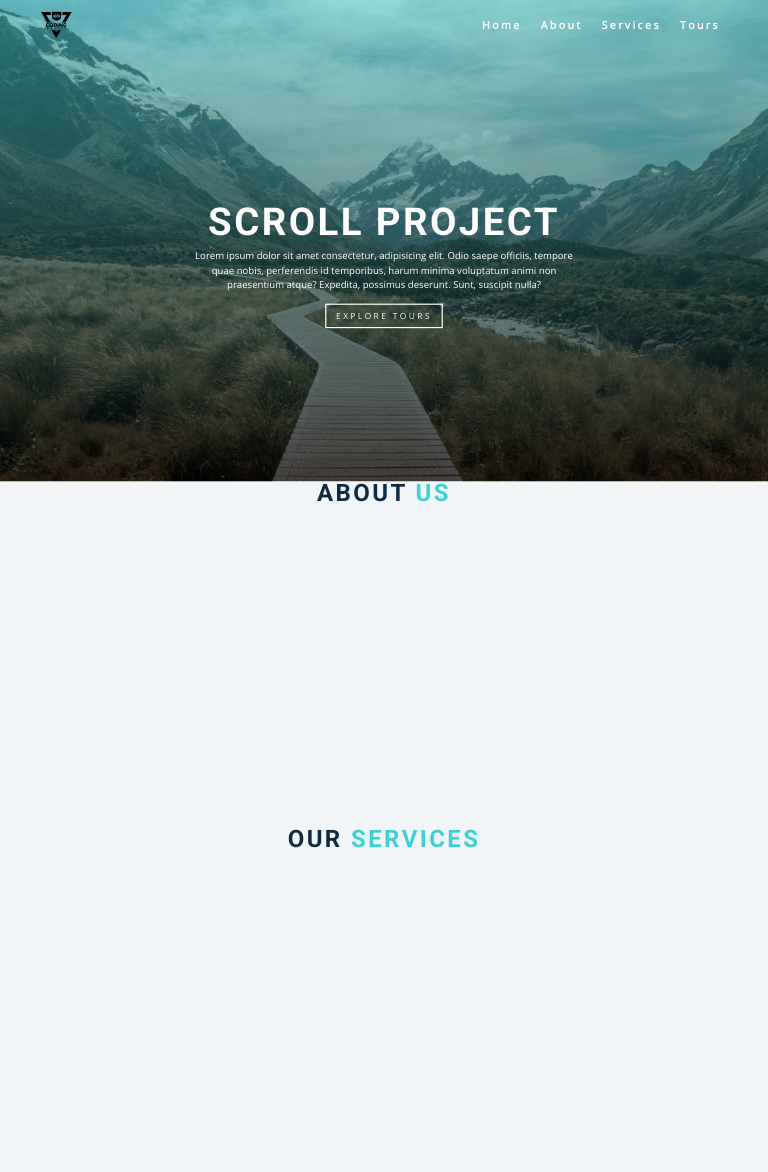
Repository: spidero7/Scroll
Page: index.html
These files come from the project's save history. The page is drawn as it stood at one moment and after a run of saves; the edit follows.
The browser window is 1280 px wide. The pictures show the whole page, at 60% of full size.
Some web libraries are served in a nearby version.

Above is the page before, as saved 2021-10-07 07:41:27.

### index.html
<!DOCTYPE html>
<html lang="en">
<head>
    <meta charset="UTF-8">
    <meta http-equiv="X-UA-Compatible" content="IE=edge">
    <meta name="viewport" content="width=device-width, initial-scale=1.0">
    <title>Scroll</title>
    <link rel="stylesheet" href="styles.css">
    <link rel="stylesheet" href="https://cdnjs.cloudflare.com/ajax/libs/font-awesome/5.14.0/css/all.min.css">
</head>
<body>
    <!-- header  -->
    <header id="home">
        <!-- navbar -->
        <nav id="nav">
            <div class="nav-center">
                <!-- nav header  -->
                <div class="nav-header">
                    <img src="./imgs/logo.svg" alt="logo" class="logo"/>
                    <button class="nav-toggle">
                        <i class="fas fa-bars"></i>
                    </button>
                </div>
                <!-- links -->
                <div class="links-container">
                    <ul class="links">
                        <li>
                          <a href="#home" class="scroll-link">home</a>
                        </li>
                        <li>
                          <a href="#about" class="scroll-link">about</a>
                        </li>
                        <li>
                          <a href="#services" class="scroll-link">services</a>
                        </li>
                        <li>
                          <a href="#tours" class="scroll-link">tours</a>
                        </li>
                      </ul>
                </div>
            </div>
        </nav>
        <!-- banner -->
        <div class="banner">
            <div class="container">
                <h1>scroll project</h1>
                <p>
                    Lorem ipsum dolor sit amet consectetur, adipisicing elit. Odio saepe officiis,
                    tempore quae nobis, perferendis id temporibus, harum minima voluptatum animi non
                    praesentium atque? Expedita, possimus deserunt. Sunt, suscipit nulla?
                </p>
                <a href="#tours" class="scroll-link btn btn-white">
                    explore tours
                </a>
            </div>
        </div>
    </header>
    <!-- about -->
    <section id="about" class="section">
        <div class="title">
            <h2>about <span>us</span></h2>
        </div>
    </section>
    <!-- services -->
    <section id="about" class="section">
        <div class="title">
            <h2>our <span>services</span></h2>
        </div>
    </section>
    <script src="app.js"></script>
</body>
</html>

### styles.css
/*
===============
Fonts
===============
*/
@import url("https://fonts.googleapis.com/css?family=Open+Sans|Roboto:400,700&display=swap");

/*
===============
Variables
===============
*/

:root {
  /* dark shades of primary color*/
  --clr-primary-1: hsl(205, 86%, 17%);
  --clr-primary-2: hsl(205, 77%, 27%);
  --clr-primary-3: hsl(205, 72%, 37%);
  --clr-primary-4: hsl(205, 63%, 48%);
  /* primary/main color */
  --clr-primary-5: #49a6e9;
  /* lighter shades of primary color */
  --clr-primary-6: hsl(205, 89%, 70%);
  --clr-primary-7: hsl(205, 90%, 76%);
  --clr-primary-8: hsl(205, 86%, 81%);
  --clr-primary-9: hsl(205, 90%, 88%);
  --clr-primary-10: hsl(205, 100%, 96%);
  /* darkest grey - used for headings */
  --clr-grey-1: hsl(209, 61%, 16%);
  --clr-grey-2: hsl(211, 39%, 23%);
  --clr-grey-3: hsl(209, 34%, 30%);
  --clr-grey-4: hsl(209, 28%, 39%);
  /* grey used for paragraphs */
  --clr-grey-5: hsl(210, 22%, 49%);
  --clr-grey-6: hsl(209, 23%, 60%);
  --clr-grey-7: hsl(211, 27%, 70%);
  --clr-grey-8: hsl(210, 31%, 80%);
  --clr-grey-9: hsl(212, 33%, 89%);
  --clr-grey-10: hsl(210, 36%, 96%);
  --clr-white: #fff;
  --clr-red-dark: hsl(360, 67%, 44%);
  --clr-red-light: hsl(360, 71%, 66%);
  --clr-green-dark: hsl(125, 67%, 44%);
  --clr-green-light: hsl(125, 71%, 66%);
  --clr-secondary: hsla(182, 63%, 54%);
  --clr-black: #222;
  --ff-primary: "Roboto", sans-serif;
  --ff-secondary: "Open Sans", sans-serif;
  --transition: all 0.3s linear;
  --spacing: 0.25rem;
  --radius: 0.5rem;
  --light-shadow: 0 5px 15px rgba(0, 0, 0, 0.1);
  --dark-shadow: 0 5px 15px rgba(0, 0, 0, 0.2);
  --max-width: 1170px;
  --fixed-width: 620px;
}
/*
===============
Global Styles
===============
*/
html {
  scroll-behavior: smooth;
}
*,
::after,
::before {
  margin: 0;
  padding: 0;
  box-sizing: border-box;
}
body {
  font-family: var(--ff-secondary);
  background: var(--clr-grey-10);
  color: var(--clr-grey-1);
  line-height: 1.5;
  font-size: 0.875rem;
}
ul {
  list-style-type: none;
}
a {
  text-decoration: none;
}
img:not(.logo) {
  width: 100%;
}
img {
  display: block;
}

h1,
h2,
h3,
h4 {
  letter-spacing: var(--spacing);
  text-transform: capitalize;
  line-height: 1.25;
  margin-bottom: 0.75rem;
  font-family: var(--ff-primary);
}
h1 {
  font-size: 3rem;
}
h2 {
  font-size: 2rem;
}
h3 {
  font-size: 1.25rem;
}
h4 {
  font-size: 0.875rem;
}
p {
  margin-bottom: 1.25rem;
  color: var(--clr-grey-5);
}
@media screen and (min-width: 800px) {
  h1 {
    font-size: 4rem;
  }
  h2 {
    font-size: 2.5rem;
  }
  h3 {
    font-size: 1.75rem;
  }
  h4 {
    font-size: 1rem;
  }
  body {
    font-size: 1rem;
  }
  h1,
  h2,
  h3,
  h4 {
    line-height: 1;
  }
}
/*  global classes */

.btn {
  text-transform: uppercase;
  background: transparent;
  color: var(--clr-black);
  padding: 0.375rem 0.75rem;
  letter-spacing: var(--spacing);
  display: inline-block;
  transition: var(--transition);
  font-size: 0.875rem;
  border: 2px solid var(--clr-black);
  cursor: pointer;
  box-shadow: 0 1px 3px rgba(0, 0, 0, 0.2);
  border-radius: var(--radius);
}
.btn:hover {
  color: var(--clr-white);
  background: var(--clr-black);
}
.btn-white {
  color: var(--clr-white);
  border-color: var(--clr-white);
  border-radius: 0;
  padding: 0.5rem 1rem;
}
.btn:hover {
  background: var(--clr-white);
  color: var(--clr-secondary);
}
/* section */
.section {
  padding-bottom: 5rem;
}

.section-center {
  width: 90vw;
  margin: 0 auto;
  max-width: 1170px;
}
@media screen and (min-width: 992px) {
  .section-center {
    width: 95vw;
  }
}
main {
  min-height: 100vh;
  display: grid;
  place-items: center;
}
/*
===============
Scroll
===============
*/
/* navbar */
nav {
  background: var(--clr-white);
  padding: 1rem 1.5rem;
}
/* fixed nav */
.fixed-nav {
  position: fixed;
  top: 0;
  left: 0;
  width: 100%;
  background: var(--clr-white);
  box-shadow: var(--light-shadow);
}
.fixed-nav .links a {
  color: var(--clr-grey-1);
}
.fixed-nav .links a:hover {
  color: var(--clr-secondary);
}
/* .fixed-nav .links-container {
  height: auto !important;
} */
.nav-header {
  display: flex;
  align-items: center;
  justify-content: space-between;
}
.nav-toggle {
  font-size: 1.5rem;
  color: var(--clr-grey-1);
  background: transparent;
  border-color: transparent;
  transition: var(--transition);
  cursor: pointer;
}
.nav-toggle:hover {
  color: var(--clr-secondary);
}
.logo {
  height: 50px;
}
.links-container {
  height: 0;
  overflow: hidden;
  transition: var(--transition);
}
.show-links {
  height: 200px;
}
.links a {
  background: var(--clr-white);
  color: var(--clr-grey-5);
  font-size: 1.1rem;
  text-transform: capitalize;
  letter-spacing: var(--spacing);
  display: block;
  transition: var(--transition);
  font-weight: bold;
  padding: 0.75rem 0;
}
.links a:hover {
  color: var(--clr-grey-1);
}
@media screen and (min-width: 800px) {
  nav {
    background: transparent;
  }
  .nav-center {
    width: 90vw;
    max-width: 1170px;
    margin: 0 auto;
    display: flex;
    align-items: center;
    justify-content: space-between;
  }
  .nav-header {
    padding: 0;
  }
  .nav-toggle {
    display: none;
  }
  .links-container {
    height: auto !important;
  }
  .links {
    display: flex;
  }
  .links a {
    background: transparent;
    color: var(--clr-white);
    font-size: 1.1rem;
    text-transform: capitalize;
    letter-spacing: var(--spacing);
    display: block;
    transition: var(--transition);
    margin: 0 1rem;
    font-weight: bold;
    padding: 0;
  }
  .links a:hover {
    color: var(--clr-white);
  }
}
/* hero */
header {
  min-height: 100vh;
  background: linear-gradient(rgba(63, 208, 212, 0.5), rgba(0, 0, 0, 0.7)),
    url(./imgs/hero-bcg.jpeg) center/cover no-repeat;
}
.banner {
  min-height: 100vh;
  display: grid;
  place-items: center;
  text-align: center;
}
.container h1 {
  color: var(--clr-white);
  text-transform: uppercase;
}
.container p {
  color: var(--clr-white);
  max-width: 25rem;
  margin: 0 auto;
  margin-bottom: 1.25rem;
}
@media screen and (min-width: 768px) {
  .container p {
    max-width: 40rem;
  }
}
/* sections and title */
.title h2 {
  text-align: center;
  text-transform: uppercase;
}
.title span {
  color: var(--clr-secondary);
}
#about,
#services,
#tours {
  height: 80vh;
}
#services {
  background: var(--clr-white);
}
footer {
  background: var(--clr-grey-1);
  padding: 5rem 1rem;
}
footer p {
  color: var(--clr-white);
  text-align: center;
  text-transform: capitalize;
  letter-spacing: var(--spacing);
  margin-bottom: 0;
}

.top-link {
  font-size: 1.25rem;
  position: fixed;
  bottom: 3rem;
  right: 3rem;
  background: var(--clr-secondary);
  width: 2rem;
  height: 2rem;
  display: grid;
  place-items: center;
  border-radius: var(--radius);
  color: var(--clr-white);
  animation: bounce 2s ease-in-out infinite;

  visibility: hidden;
  z-index: -100;
}
.show-link {
  visibility: visible;
  z-index: 100;
}

@keyframes bounce {
  0% {
    transform: scale(1);
  }
  50% {
    transform: scale(1.5);
  }
  100% {
    transform: scale(1);
  }
}

Loaded but not shown: app.js (no stored copy; drawn as an empty file)

After the next 2 saves:
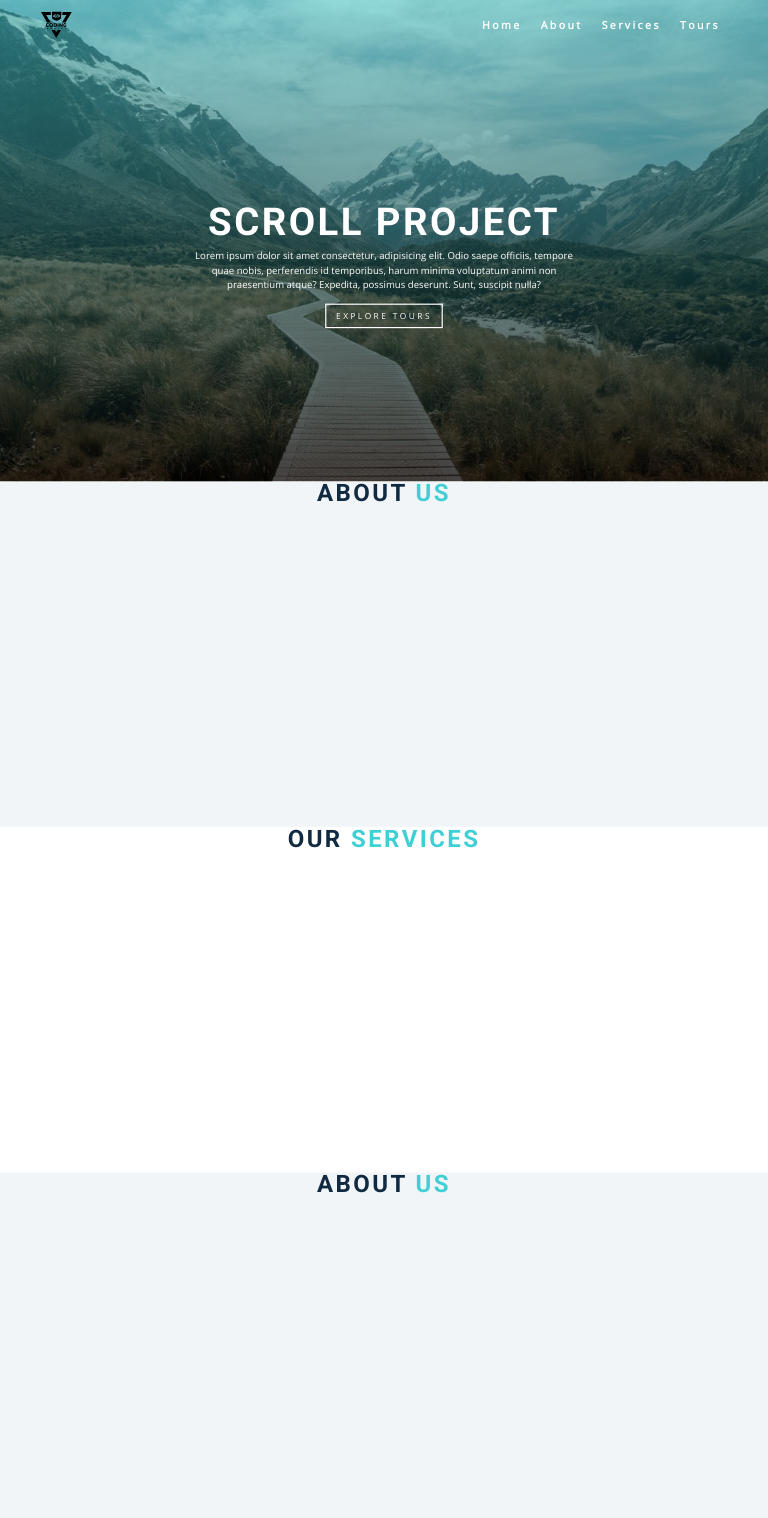
The 2 saves are shown as one change because they came seconds apart.
The last was saved 11 s later.
--- a/index.html
+++ b/index.html
@@ -62,9 +62,15 @@
         </div>
     </section>
     <!-- services -->
+    <section id="services" class="section">
+        <div class="title">
+            <h2>our <span>services</span></h2>
+        </div>
+    </section>
+    <!-- about -->
     <section id="about" class="section">
         <div class="title">
-            <h2>our <span>services</span></h2>
+            <h2>about <span>us</span></h2>
         </div>
     </section>
     <script src="app.js"></script>
